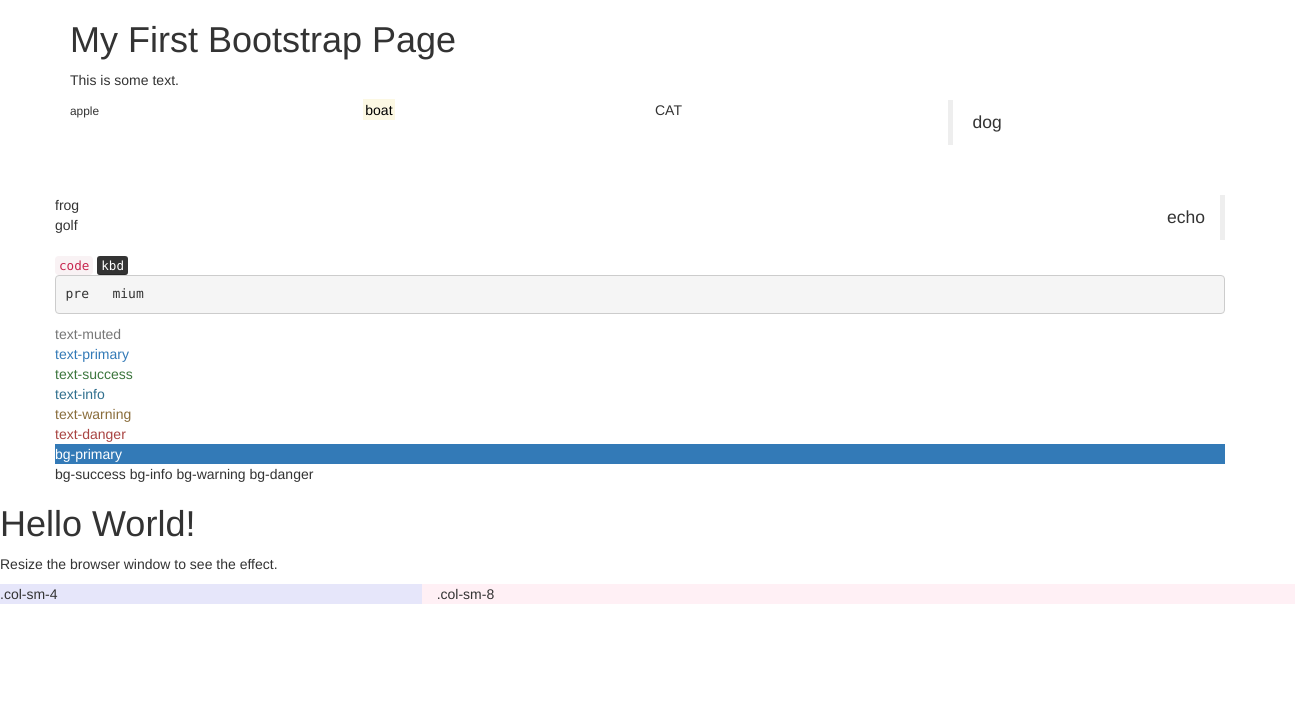
Repository: jksfoTemp/HTML5
Page: bootstrap/bootstrap1.html
The author's editor kept a record of every edit. The page is drawn from the files as they stood at one moment, then again after the next edit.
The browser window is 1280 px wide. The page is 1295 px wide, so the pictures cover 1295 px, including what lies to the right of the window. The pictures show the whole page.

Above is the page before.
Console error (its wording comes from the project's code and is left out).

### bootstrap/bootstrap1.html
<!DOCTYPE html>
<html lang="en">

<head>
    <title>Bootstrap1</title>
    <meta charset="utf-8">
    <meta name="viewport" content="width=device-width, initial-scale=1">

    <!-- Latest compiled and minified CSS -->
    <link rel="stylesheet" href="https://maxcdn.bootstrapcdn.com/bootstrap/3.3.2/css/bootstrap.min.css">

    <!-- Optional theme -->
    <link rel="stylesheet" href="https://maxcdn.bootstrapcdn.com/bootstrap/3.3.2/css/bootstrap-theme.min.css">

    <!-- Latest compiled and minified JavaScript -->
    <script src="https://maxcdn.bootstrapcdn.com/bootstrap/3.3.2/js/bootstrap.min.js"></script>

</head>

<body>
    <div class="container">
        <h1>My First Bootstrap Page</h1>
        <p>This is some text.</p>

        <div class="row">
            <div class="col-sm-3" style=""><small>apple</small></div>
            <div class="col-sm-3"><mark>boat</mark></div>
            <div class="col-sm-3"><abbr>CAT</abbr></div>
            <div class="col-sm-3"><blockquote>dog</blockquote> </div>
            &nbsp;
            <p />
        </div>
        <div class="row">
            <blockquote class="pull-right">echo</blockquote>
            <blockquote-reverse>frog</blockquote-reverse>
            <dl>golf</dl>
            <code>code</code>
            <kbd>kbd</kbd>
            <pre>pre   mium</pre>
            <div class="text-muted">text-muted</div>
            <div class="text-primary">text-primary</div>
            <div class="text-success">text-success</div>
            <div class="text-info">text-info</div>
            <div class="text-warning">text-warning</div>
            <div class="text-danger">text-danger</div>

            <div class="bg-primary">bg-primary</div>

bg-success
bg-info
bg-warning
bg-danger

        </div>
    </div>

  <h1>Hello World!</h1>
  <p>Resize the browser window to see the effect.</p>
  <div class="row">
    <div class="col-sm-4" style="background-color:lavender;">.col-sm-4</div>
    <div class="col-sm-8" style="background-color:lavenderblush;">.col-sm-8</div>
  </div>

</body>

</html>

After the next edit:
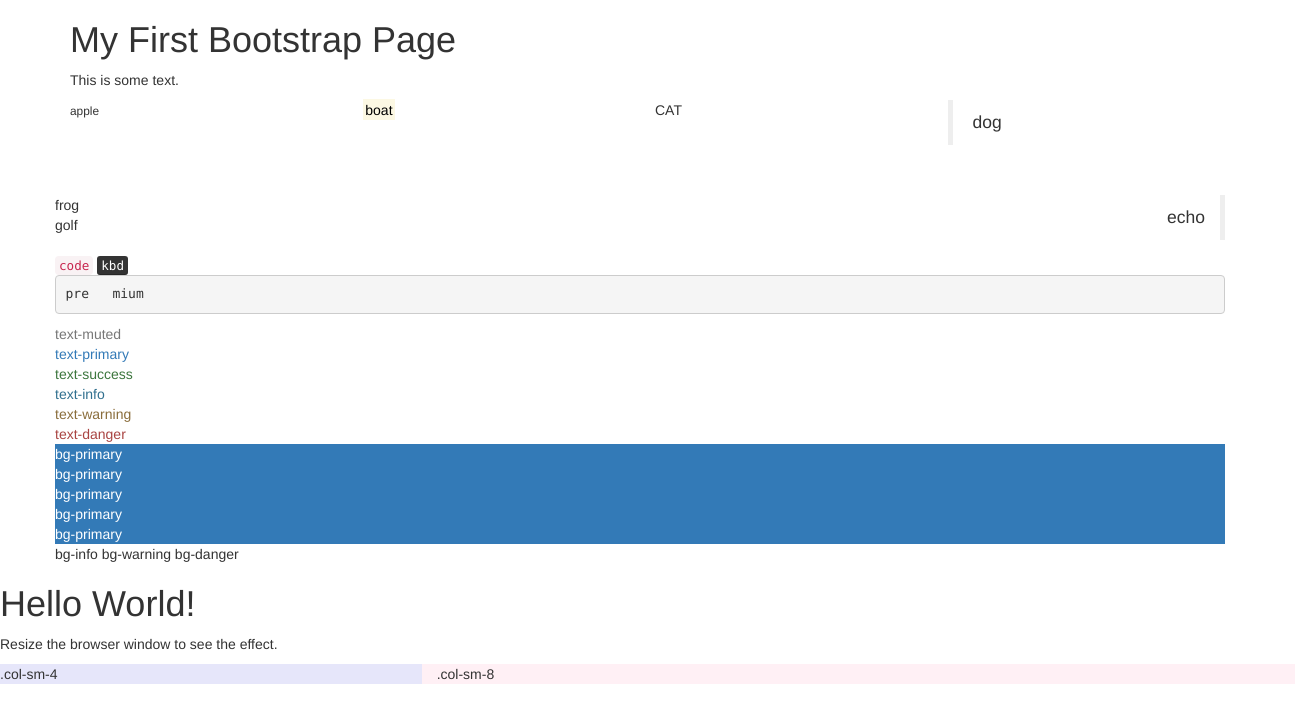
The edit:
--- a/bootstrap/bootstrap1.html
+++ b/bootstrap/bootstrap1.html
@@ -45,8 +45,12 @@
             <div class="text-danger">text-danger</div>
 
             <div class="bg-primary">bg-primary</div>
+            <div class="bg-primary">bg-primary</div>
+            <div class="bg-primary">bg-primary</div>
+            <div class="bg-primary">bg-primary</div>
+            <div class="bg-primary">bg-primary</div>
 
-bg-success
+
 bg-info
 bg-warning
 bg-danger
